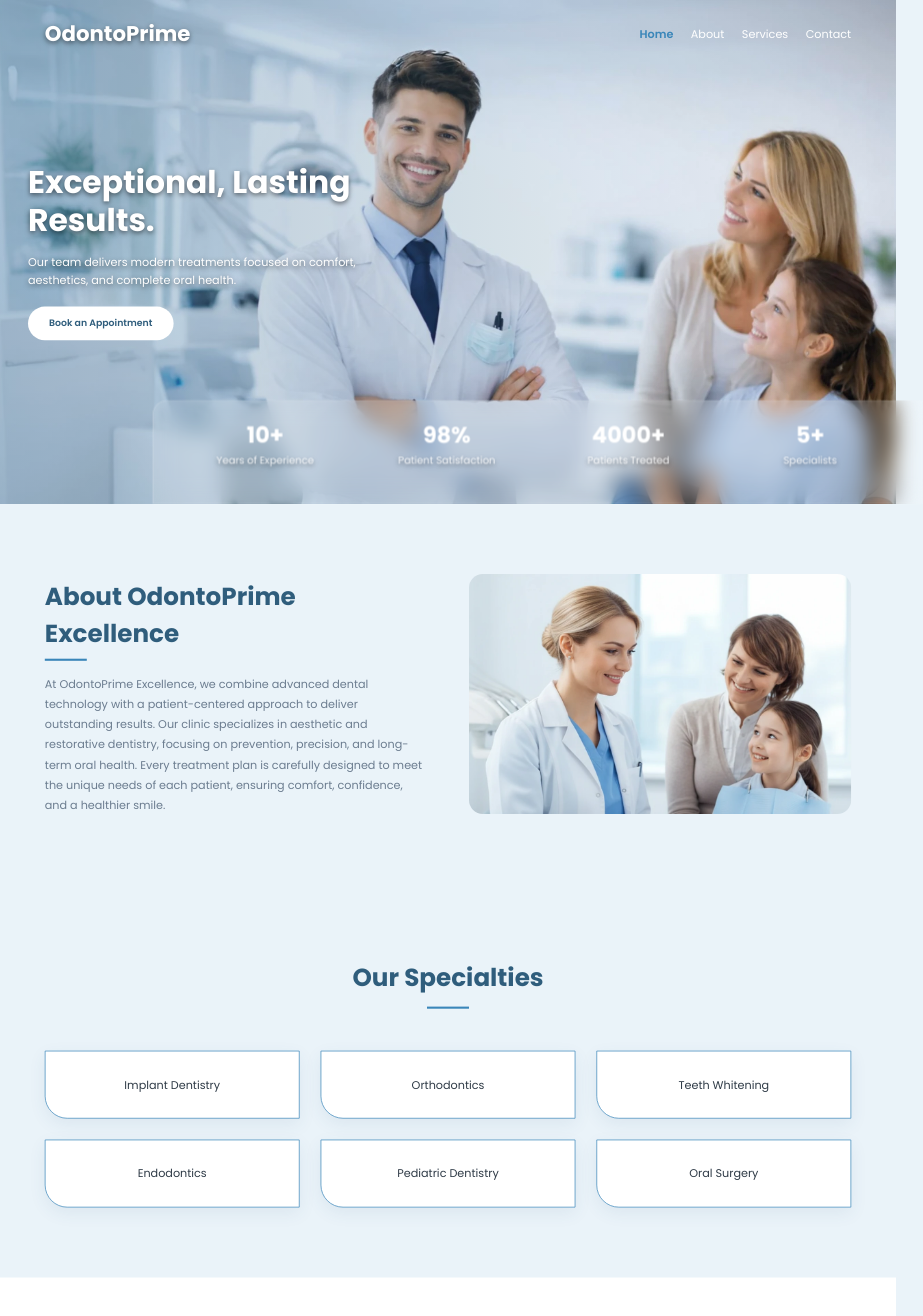
Repository: davidfsillva/OdontoPrime
Page: index.html
An editor plug-in stored every save of this project. The page is shown before and after the next save, followed by the edit.
The browser window is 1280 px wide. The page is 1318 px wide, so the pictures cover 1318 px, including what lies to the right of the window. The pictures show the part of the page from y = 0 to 1880 px (the page is 2680 px tall before and 2625 px after), at 70% of full size.

Above is the page before, as saved 2026-02-17 09:05:13.

After the next save:
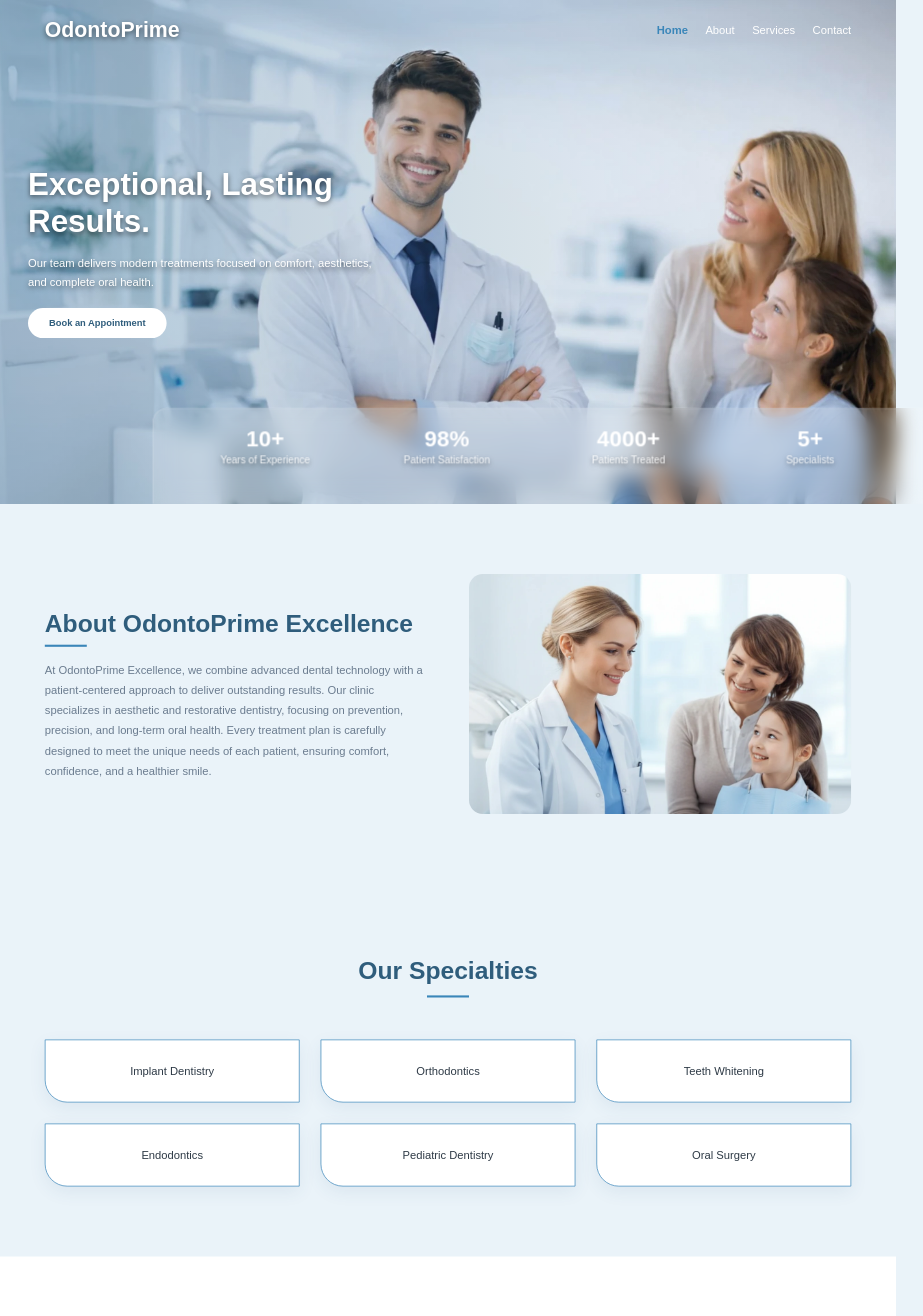
Saved 2 min 45 s later.
--- a/index.html
+++ b/index.html
@@ -6,7 +6,7 @@
 <title>OdontoPrime Excellence</title>
 
 <link rel="stylesheet" href="style.css">
-<link href="https://fonts.googleapis.com/css2?family=Poppins:wght@300;400;600;700&display=swap" rel="stylesheet">
+<link href="https://fonts.googleapis.com/css2?family=Inter:wght@300;400;500;600&family=Playfair+Display:wght@600;700&display=swap" rel="stylesheet">
 </head>
 
 
